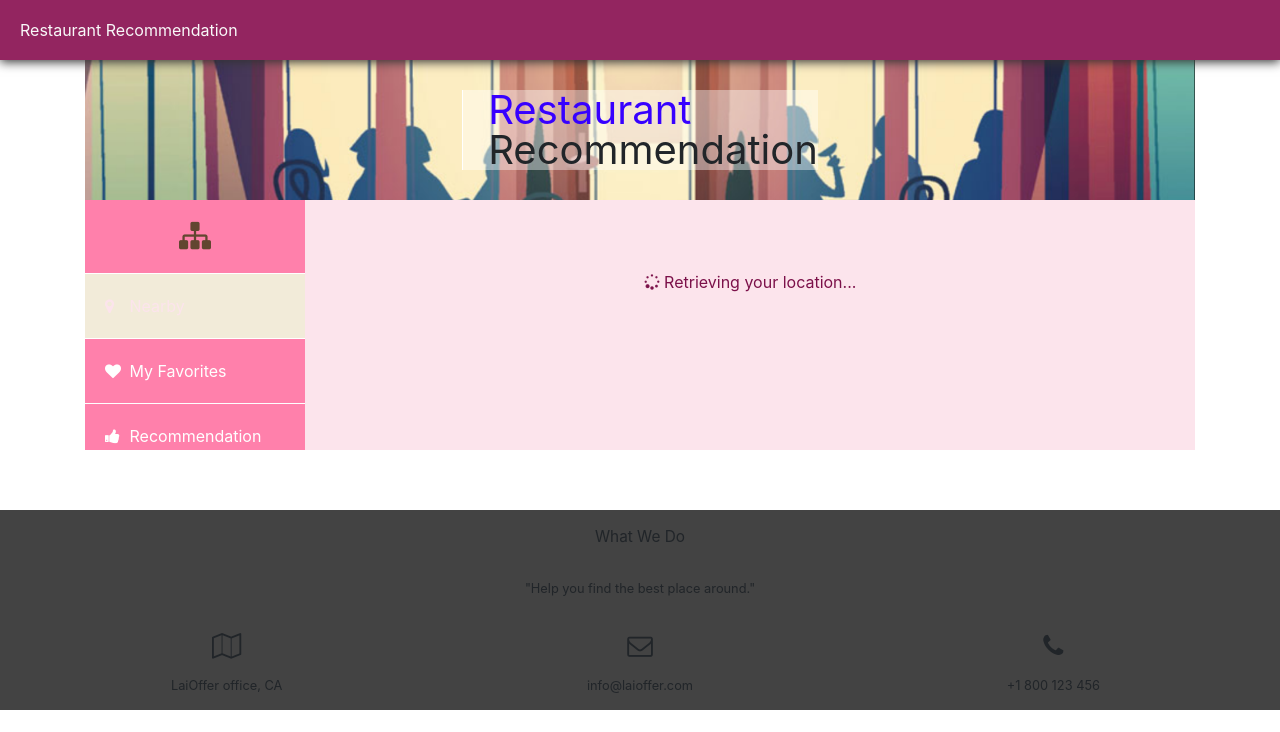
Repository: bchenSyr/restaurant-recommend
Page: YelpRecommend/WebContent/index.html
These files come from the project's save history. The page is drawn as it stood at one moment and after the next save; the edit follows.
The browser window is 1280 px wide. The pictures show the whole page.
Some web libraries are served in a nearby version.

Above is the page before, as saved 2018-09-17 06:43:50.

After the next save:
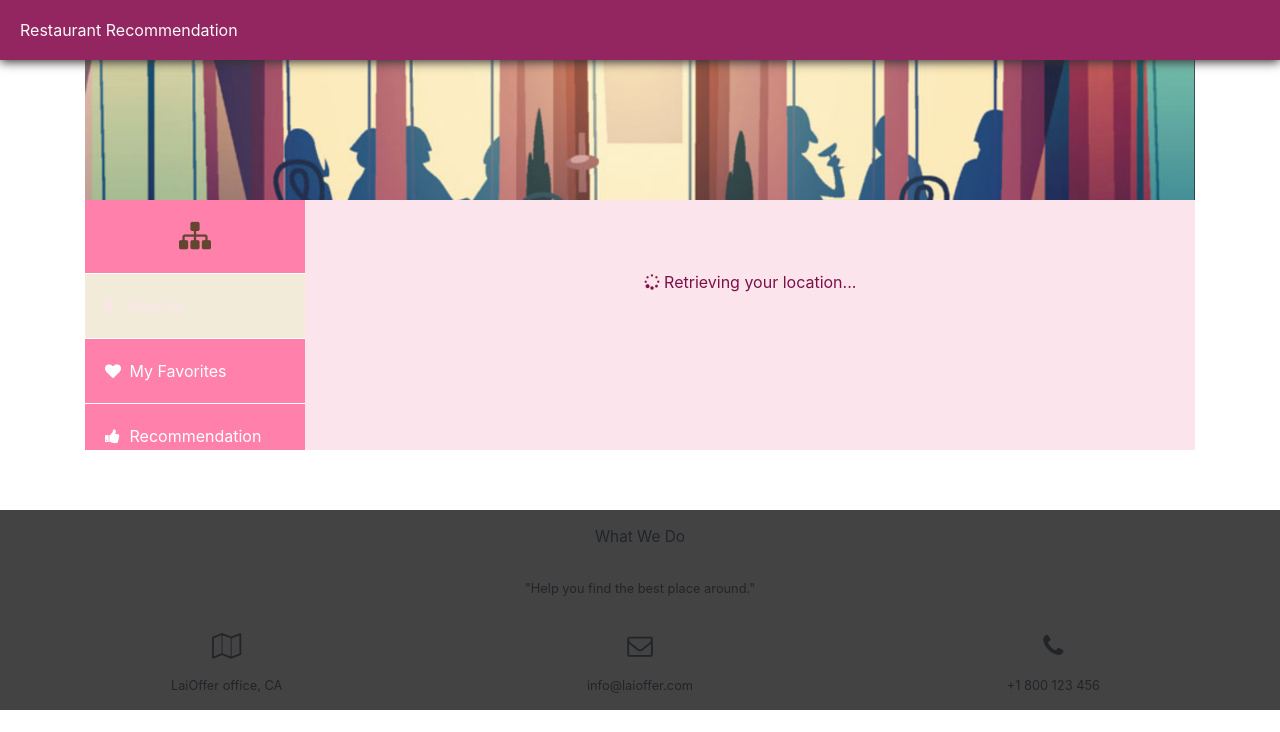
Saved 78 s later.
--- a/YelpRecommend/WebContent/index.html
+++ b/YelpRecommend/WebContent/index.html
@@ -27,10 +27,10 @@
 
   <div class="container">
     <header>
-      <p>
+<!--       <p>
         <span>Restaurant</span>
         <br /> Recommendation
-      </p>
+      </p> -->
     </header>
 
     <section class="main-section">
